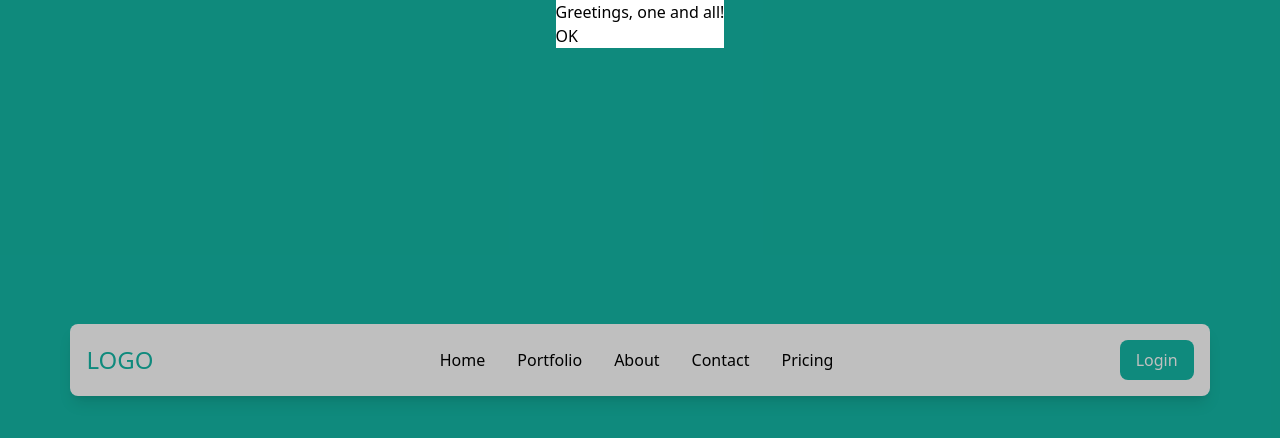
Repository: DevAntonioRogers/react-modal-with-dialog
Page: /, after clicking the first element matching `button.px-4`
These files come from the project's save history. The page is drawn as it stood at one moment and after the next save; the edit follows.
The browser window is 1280 px wide. The pictures show the whole page.
The project was rebuilt for these pictures with package versions that can differ from the ones it lists, and the page was loaded fresh each time. Also part of the build but not shown: vite.config.ts.

Above is the page before, as saved 2023-05-10 09:11:38.

After the next save:
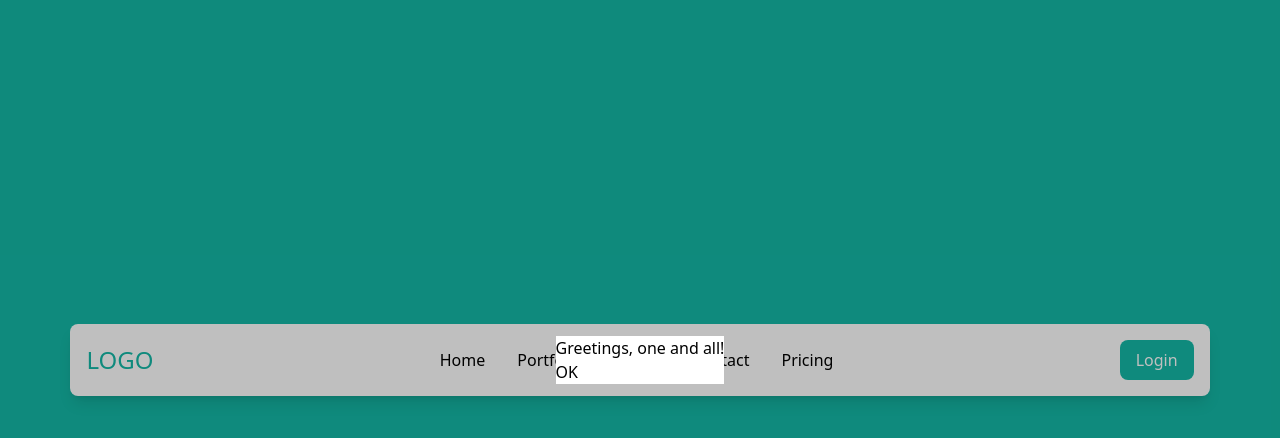
Saved 7 s later.
--- a/src/App.tsx
+++ b/src/App.tsx
@@ -37,7 +37,7 @@ function App() {
           </button>
         </nav>
         {showModal && (
-          <div className="absolute w-screen h-screen bg-black/25 flex justify-center">
+          <div className="absolute w-screen h-screen bg-black/25 flex justify-center items-center">
             <dialog open className="top-[50">
               <p>Greetings, one and all!</p>
               <form method="dialog">
